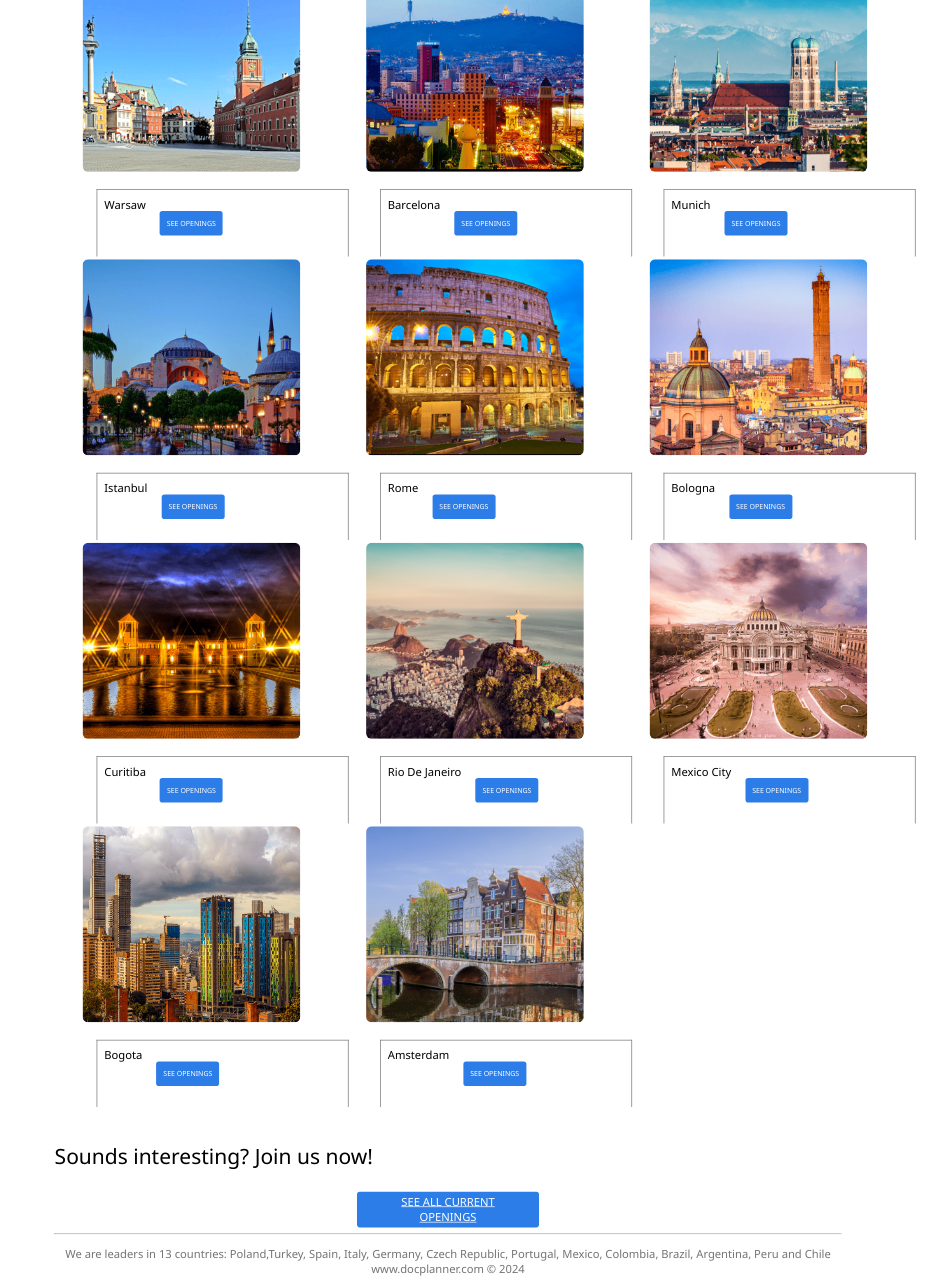
Repository: awa-creator/Checkpoint4
Page: doc.html
The author's editor kept a copy of each file at every save. The page is drawn from the files as they stood at one save, then again after the next save.
The browser window is 1280 px wide. The page is 1328 px wide, so the pictures cover 1328 px, including what lies to the right of the window. The pictures show the part of the page from y = 1848 to 3688 px (the page is 3688 px tall), at 70% of full size.

Above is the page before, as saved 2024-09-24 23:30:28.

After the next save:
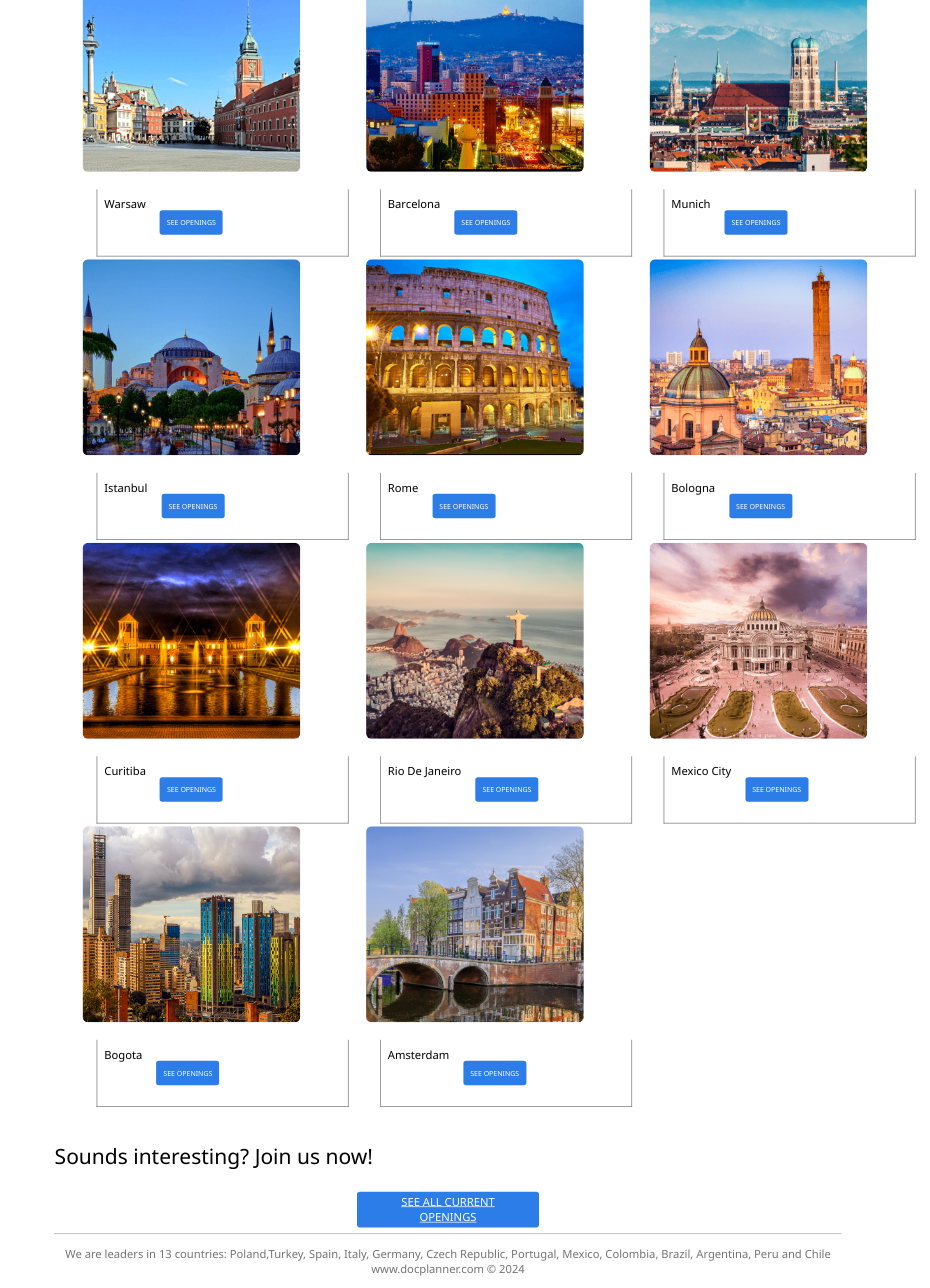
Saved 46 s later.
--- a/style1.css
+++ b/style1.css
@@ -291,7 +291,7 @@
 .count{
     display: flex;
     border: 1px solid #747474;
-    border-bottom: 10px;
+    border-top: 10px;
 
 }
 .count a{
